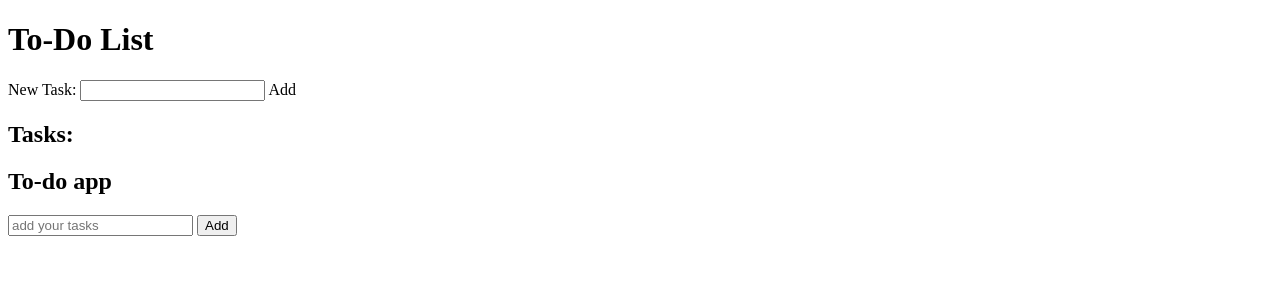
Repository: samoshi/To-do
Page: http://localhost/
The author's editor kept a copy of each file at every save. The page is drawn from the files as they stood at one save, then again after the next save.
The browser window is 1280 px wide. The pictures show the whole page.
The page is served by the project's application, run on Flask 3 (app/app.py).

Above is the page before, as saved 2024-01-14 11:55:18.

### app/templates/index.html
<!DOCTYPE html>
<html lang="en">

<head>
    <meta charset="UTF-8">
    <meta name="viewport" content="width=device-width, initial-scale=1.0">
    <title>To-Do list</title>
    <link rel="stylesheet" href="{{ url_for('static', filename='style.css') }}" />
    <script src="https://code.jquery.com/jquery-3.6.4.min.js"></script>
    <script src="{{ url_for('static', filename='script.js') }}"></script>
</head>

<body>
    <div id="myDIV" class="header">
        <h1>To-Do List</h1>

        <form method="POST" id="addTaskForm">
            <label for="myInput">New Task:</label>
            <input type="text" id="myInput" name="description" required>
            <span onclick="newElement()" class="addBtn">Add</span>
        </form>

        <h2>Tasks:</h2>
        <ul id="myUL">
            {% for task in tasks %}
                <li data-task-id="{{ loop.index-1 }}" class="{% if task.completed %}checked{% endif %}">
                    {{ task.description }}
                </li>
            {% endfor %}
        </ul>
    </div>
</body>

<body>
    <div class="container">
        <div class="todo-app">
            <div class="app-title">
                <h2>To-do app</h2>
                <i class="fa-solid fa-book-bookmark"></i>
            </div>
            <div class="row">
                <input type="text" id="input-box" placeholder="add your tasks">
                <button>Add</button>
            </div>
            <ul id="list-container">
                {% for task in tasks %}
                    <li data-task-id="{{ loop.index-1 }}" class="{% if task.completed %}checked{% endif %}">
                        {{ task.description }}
                    </li>
                {% endfor %}
            </ul>
        </div>
    </div>




    <script src="script.js"></script>
</body>

</html>

### app/app.py
from flask import Flask, render_template, request, redirect, url_for
import json

app = Flask(__name__)

tasks = []

def save_tasks():
    with open("tasks.txt", "w") as file:
        for task in tasks:
            file.write(f"{task['description']}:{task['completed']}\n")

# Load tasks from a file
def load_tasks():
    try:
        with open("tasks.txt", "r") as file:
            lines = file.readlines()
            return [
                {"description": line.split(":")[0], "completed": eval(line.split(":")[1])}
                for line in lines
            ]
    except FileNotFoundError:
        return []

# Initialize tasks
tasks = load_tasks()

@app.route('/')
def index():
    return render_template('index.html', tasks=tasks)

@app.route('/add_task', methods=['POST'])
def add_task():
    global tasks
    new_task_description = request.form.get('description')
    if new_task_description:
        new_task = {"description": new_task_description, "completed": False}
        tasks.append(new_task)
        save_tasks()
    return redirect(url_for('index'))

@app.route('/complete/<int:task_id>')
def complete_task(task_id):
    global tasks
    if 0 <= task_id < len(tasks):
        tasks[task_id]['completed'] = True
        save_tasks()
    return redirect(url_for('index'))

@app.route('/remove/<int:task_id>')
def remove_task(task_id):
    global tasks
    if 0 <= task_id < len(tasks):
        del tasks[task_id]
        # Save your tasks or update your data structure
    return redirect(url_for('index'))

if __name__ == '__main__':
    app.run(host='0.0.0.0', port=5000, debug=True)

### app/static/script.js
// script.js

Loaded but not shown: app/static/style.css (no stored copy; drawn as an empty file)

After the next save:
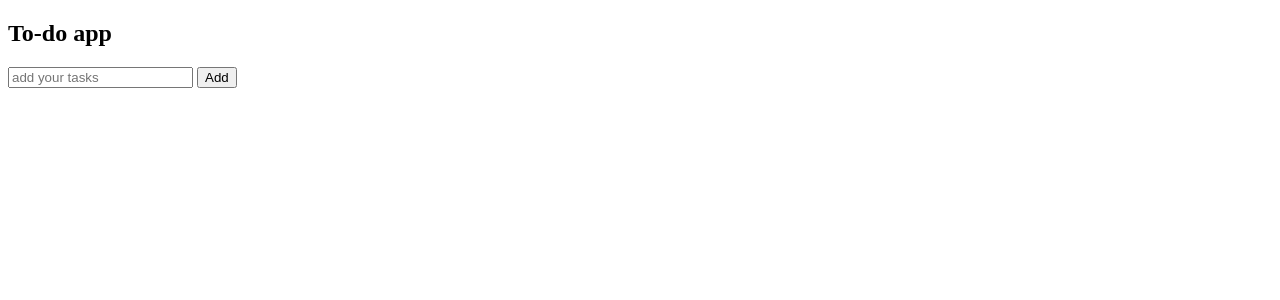
Saved 18 s later.
--- a/app/templates/index.html
+++ b/app/templates/index.html
@@ -9,27 +9,6 @@
     <script src="https://code.jquery.com/jquery-3.6.4.min.js"></script>
     <script src="{{ url_for('static', filename='script.js') }}"></script>
 </head>
-
-<body>
-    <div id="myDIV" class="header">
-        <h1>To-Do List</h1>
-
-        <form method="POST" id="addTaskForm">
-            <label for="myInput">New Task:</label>
-            <input type="text" id="myInput" name="description" required>
-            <span onclick="newElement()" class="addBtn">Add</span>
-        </form>
-
-        <h2>Tasks:</h2>
-        <ul id="myUL">
-            {% for task in tasks %}
-                <li data-task-id="{{ loop.index-1 }}" class="{% if task.completed %}checked{% endif %}">
-                    {{ task.description }}
-                </li>
-            {% endfor %}
-        </ul>
-    </div>
-</body>
 
 <body>
     <div class="container">
